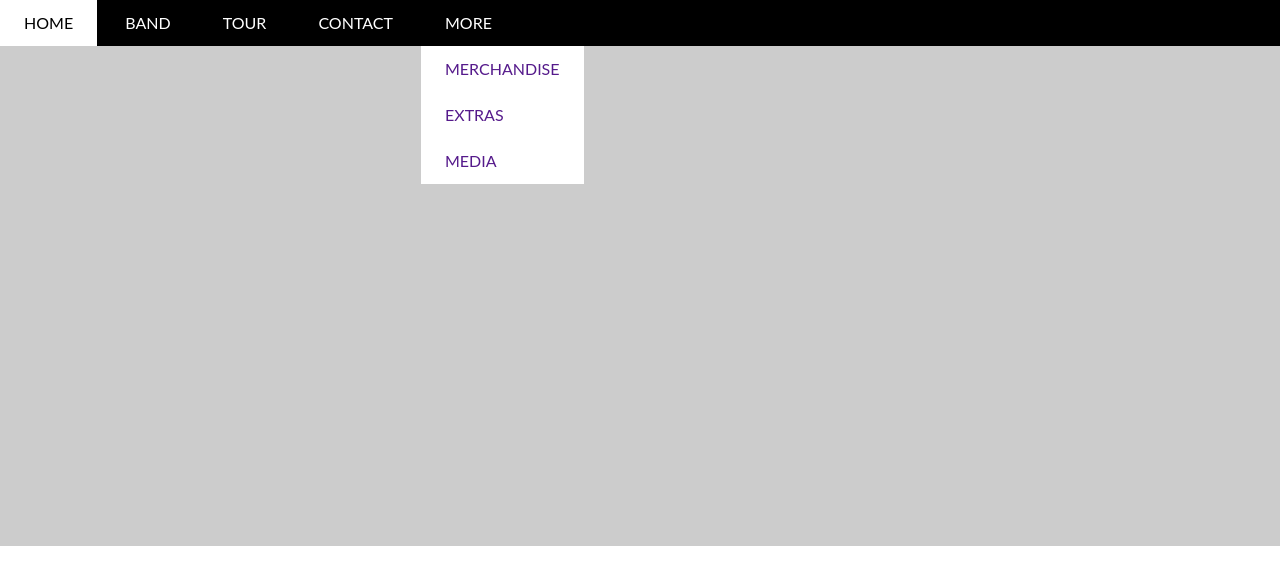
Repository: tatvanhco/web-dau-tay
Page: index.html
These files come from the project's save history. The page is drawn as it stood at one moment and after the next save; the edit follows.
The browser window is 1280 px wide. The pictures show the whole page.

Above is the page before, as saved 2022-01-23 16:42:18.

### index.html
<!DOCTYPE html>
<html lang="en">
<head>
    <meta charset="UTF-8">
    <!-- <meta http-equiv="X-UA-Compatible" content="IE=edge"> -->
    <meta name="viewport" content="width=device-width, initial-scale=1.0">
    <title>the band</title>
    <link rel="shortcut icon" href="./assets/img/band/logo.png" type="image/x-icon">
    <link rel="stylesheet" href="./assets/css/style.css">
    <link rel="stylesheet" href="./assets/css/responsive.css">
</head>
<body>
    <div id="main">
        <div id="header">
            <ul id="nav">
                <li><a href="#">home</a></li>
                <li><a href="#">band</a></li>
                <li><a href="#">tour</a></li>
                <li><a href="#">contact</a></li>
                <li>
                    <a href="#">more</a>
                <!-- <i class="drop-down ti-angle-down"></i> -->
                    <div class="subnav">
                        <ul>
                            <li><a href="">Merchandise</a></li>
                            <li><a href="">Extras</a></li>
                            <li><a href="">Media</a></li>
                        </ul>
                    </div>
                </li>
            </ul>
        </div>
        <div id="slide">

        </div>
        <div id="content">

        </div>
        <div id="footer">

        </div>
    </div>
</body>
</html>

### assets/css/style.css
* {
    margin: 0;
    padding: 0;
    box-sizing: border-box;
}

body {
    font-family: "Lato", sans-serif;
}

#header {
    width: 100%;
    height: 46px;
    background-color: #000;
}

#nav li {
    display: inline-block;
    position: relative;
}

#nav > li > a {
    color: #fff;
}

#nav li a {
    text-decoration: none;
    padding: 14px 24px;
    line-height: 46px;
    text-transform: uppercase;
}

#nav li:hover a {
    background-color: #fff;
    color: #000;
}

#nav .subnav {
    /* display: none; */
    position: absolute;
    background-color: #fff;
}

#nav . subnav a {
    color: #fff;
}

#slide {
    min-height: 500px;
    background-color: #ccc;
}

Loaded but not shown: assets/css/responsive.css (no copy from this time; the picture is the same without it)

After the next save:
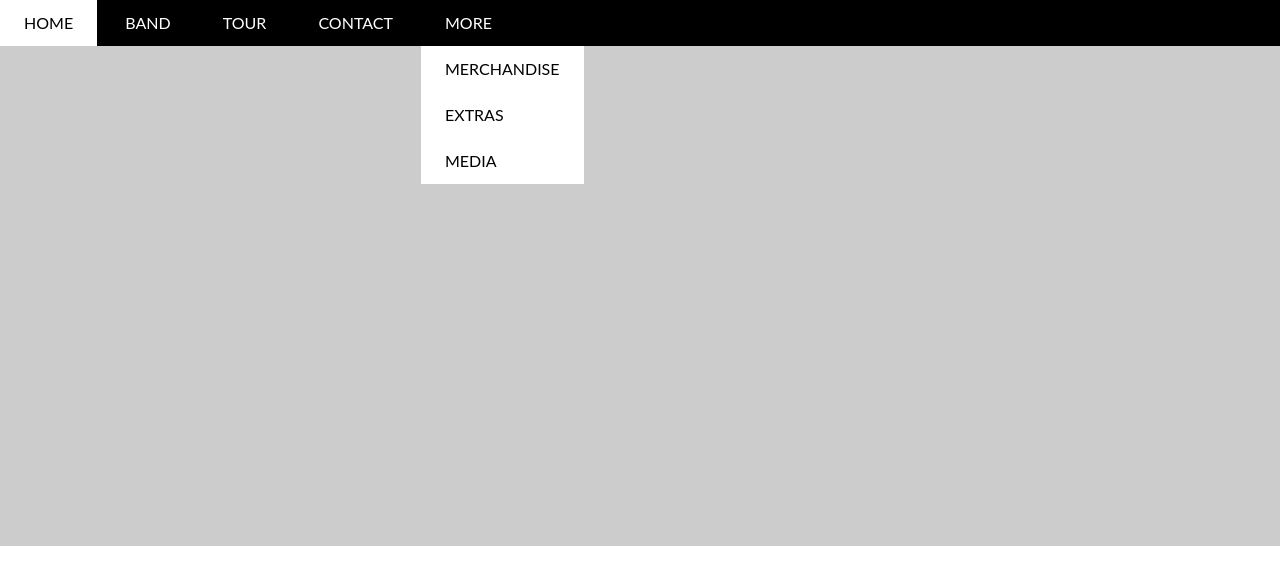
Saved 30 s later.
--- a/assets/css/style.css
+++ b/assets/css/style.css
@@ -41,8 +41,8 @@ body {
     background-color: #fff;
 }
 
-#nav . subnav a {
-    color: #fff;
+#nav .subnav a {
+    color: #000;
 }
 
 #slide {
